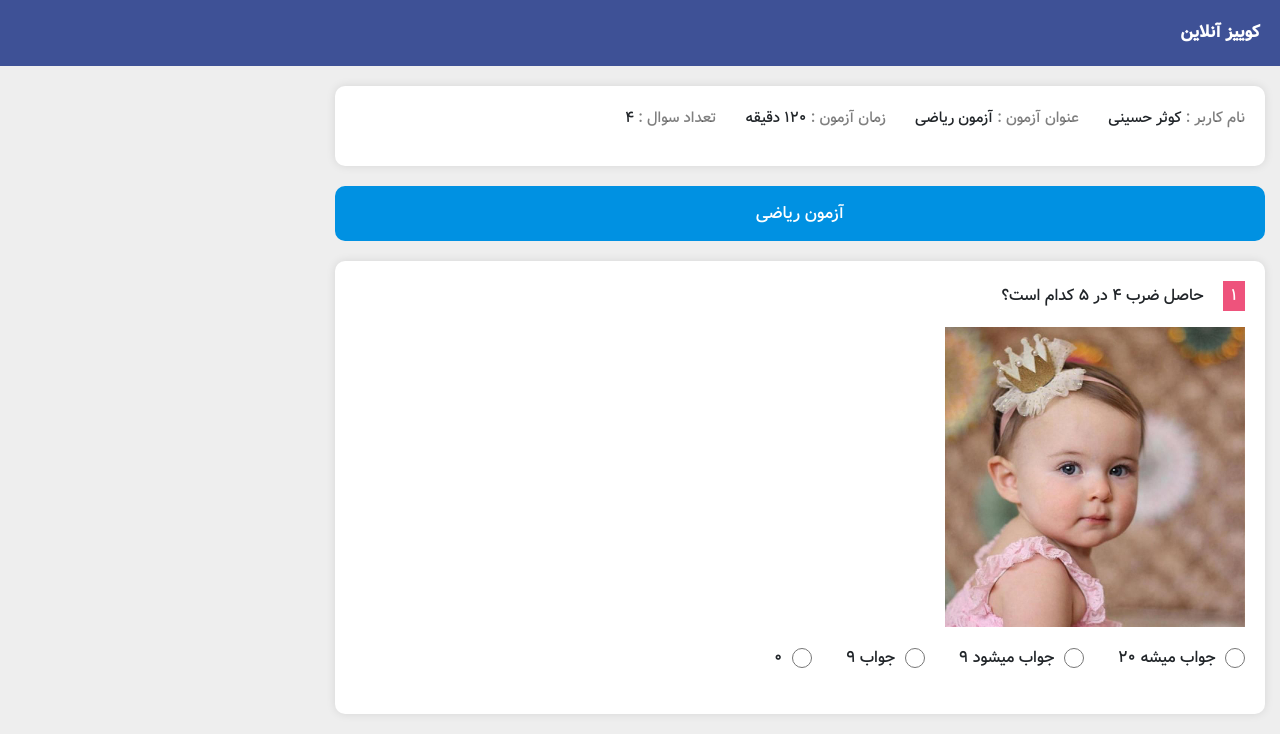
Repository: kosar78/quiz-online
Page: quiz.html
These files come from the project's save history. The page is drawn as it stood at one moment and after the next save; the edit follows.
The browser window is 1280 px wide. The pictures show the whole page.
Some web libraries are served in a nearby version.

Above is the page before, as saved 2022-01-09 21:54:06.

After the next save:
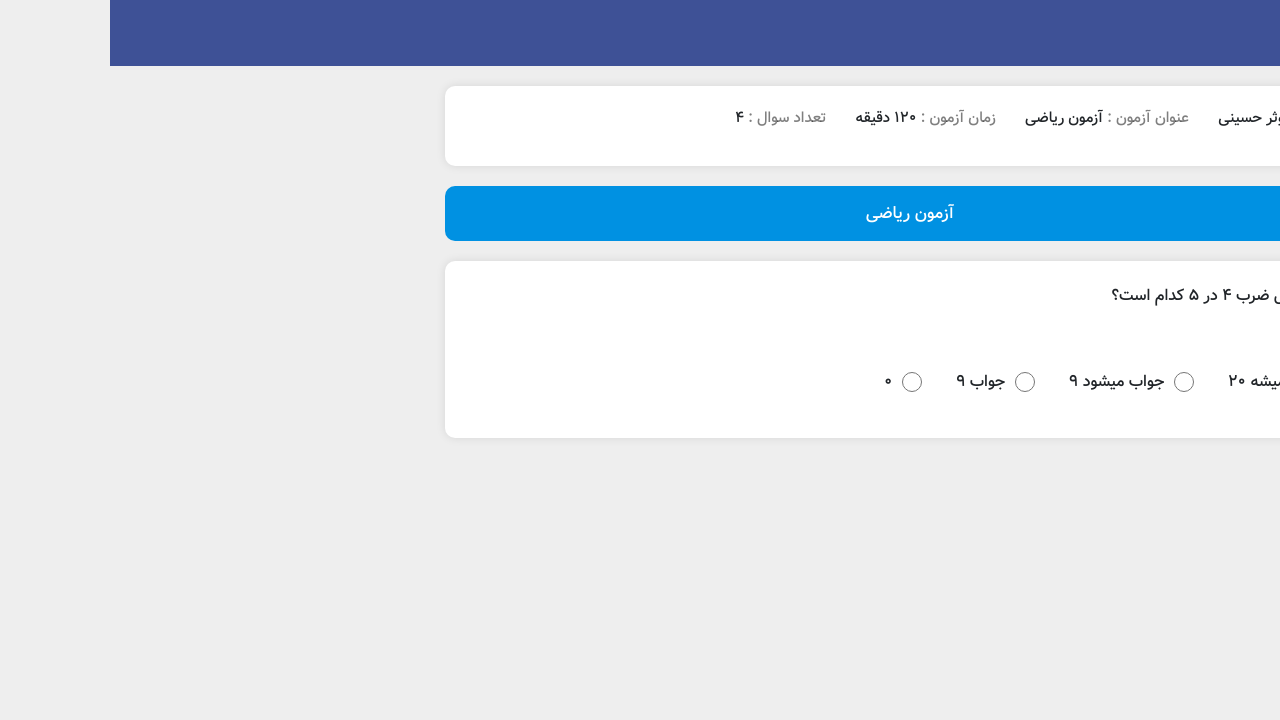
Saved 89 s later.
--- a/quiz.html
+++ b/quiz.html
@@ -56,7 +56,7 @@
                         <li class="question-number">1</li>
                         <li class="question-face">حاصل ضرب 4 در 5 کدام است؟</li>
                     </ul>
-                    <img src="images/Cute-Kids-Baby-Girl-Toddler-SDL005498623-2-ce2cf.JPEG" alt="" class="q-pic">
+                    <img src="" alt="" class="q-pic">
 
                     <ul class="q-options">
                         <li>
